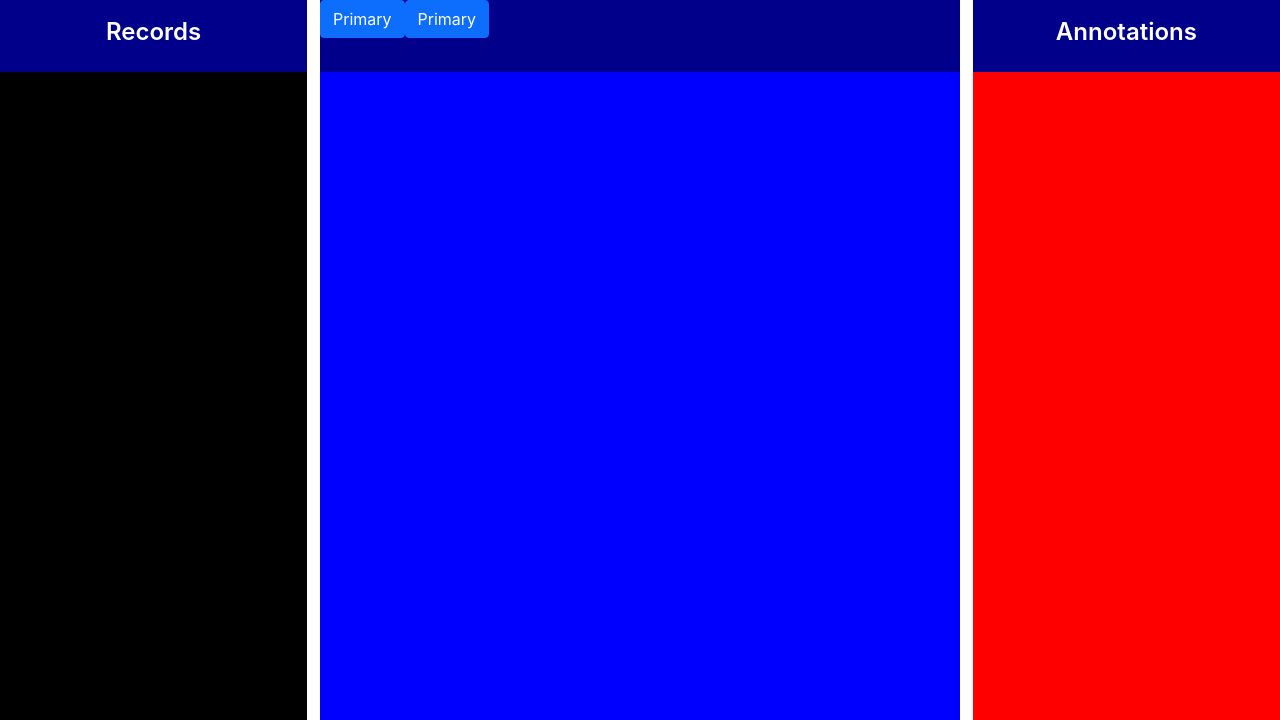
Repository: napan24/classforma_assignment
Page: / (app in client/)
The author's editor kept a copy of each file at every save. The page is drawn from the files as they stood at one save, then again after a run of saves.
The browser window is 1280 px wide. The pictures show the whole page.
The project was rebuilt for these pictures with package versions that can differ from the ones it lists, and the page was loaded fresh each time. Also part of the build but not shown: client/src/App.css.

Above is the page before, as saved 2022-07-19 17:00:16.

### client/public/index.html
<!DOCTYPE html>
<html lang="en">
  <head>
    <meta charset="utf-8" />
    <link rel="icon" href="%PUBLIC_URL%/favicon.ico" />
    <meta name="viewport" content="width=device-width, initial-scale=1" />
    <meta name="theme-color" content="#000000" />
    <meta
      name="description"
      content="Web site created using create-react-app"
    />
    <link href="https://cdn.jsdelivr.net/npm/bootstrap@5.1.3/dist/css/bootstrap.min.css" rel="stylesheet" integrity="sha384-1BmE4kWBq78iYhFldvKuhfTAU6auU8tT94WrHftjDbrCEXSU1oBoqyl2QvZ6jIW3" crossorigin="anonymous">
    <link rel="apple-touch-icon" href="%PUBLIC_URL%/logo192.png" />
    <!--
      manifest.json provides metadata used when your web app is installed on a
      user's mobile device or desktop. See https://developers.google.com/web/fundamentals/web-app-manifest/
    -->
    <link rel="manifest" href="%PUBLIC_URL%/manifest.json" />
    <!--
      Notice the use of %PUBLIC_URL% in the tags above.
      It will be replaced with the URL of the `public` folder during the build.
      Only files inside the `public` folder can be referenced from the HTML.

      Unlike "/favicon.ico" or "favicon.ico", "%PUBLIC_URL%/favicon.ico" will
      work correctly both with client-side routing and a non-root public URL.
      Learn how to configure a non-root public URL by running `npm run build`.
    -->
    <title>React App</title>
  </head>
  <body>
    <noscript>You need to enable JavaScript to run this app.</noscript>
    <div id="root"></div>
    <!--
      This HTML file is a template.
      If you open it directly in the browser, you will see an empty page.

      You can add webfonts, meta tags, or analytics to this file.
      The build step will place the bundled scripts into the <body> tag.

      To begin the development, run `npm start` or `yarn start`.
      To create a production bundle, use `npm run build` or `yarn build`.
    -->
    <script src="https://cdn.jsdelivr.net/npm/bootstrap@5.1.3/dist/js/bootstrap.bundle.min.js" integrity="sha384-ka7Sk0Gln4gmtz2MlQnikT1wXgYsOg+OMhuP+IlRH9sENBO0LRn5q+8nbTov4+1p" crossorigin="anonymous"></script>
  </body>
</html>

### client/src/App.js
import logo from './logo.svg';
import './App.css';
import Home from './Home';

function App() {
  return (
    <>
      <Home></Home>
    </>
  );
}

export default App;

### client/src/Home.js
import React from 'react'

const Home = () => {
    return (
        <>
            <div style={{ display: 'flex', width: "100vw", height: "100vh" }}>
                <div style={{ width: "24vw", height: "100vh", backgroundColor: "black", marginRight: "1vw" }}>
                    <div style={{ width: "24vw", height: "10vh", backgroundColor: "#00008b", textAlign: 'center', fontSize: '150%', color: "white", fontWeight: "600", position: "fixed" }}>
                        <p style={{ marginTop: "2vh" }}>
                            Records
                        </p>
                    </div>
                    <div>

                    </div>
                </div>
                <div style={{ width: "50vw", height: "100vh", backgroundColor: "blue", marginRight: "1vw" }}>
                    <div style={{ width: "50vw", height: "10vh", backgroundColor: "#00008b" }}>
                        <button type="button" class="btn btn-primary">Primary</button>
                        <button type="button" class="btn btn-primary">Primary</button>
                    </div>
                    <div>

                    </div>
                </div>
                <div style={{ width: "24vw", height: "100vh", backgroundColor: "red" }}>
                    <div style={{ width: "24vw", height: "10vh", backgroundColor: "#00008b", textAlign: 'center', fontSize: '150%', color: "white", fontWeight: "600", position: "fixed" }}>
                        <p style={{ marginTop: "2vh" }}>
                            Annotations
                        </p>
                    </div>
                    <div>

                    </div>
                </div>
            </div>
        </>
    )
}

export default Home

Loaded but not shown: client/src/index.js (common file); client/src/index.css (common file); client/src/reportWebVitals.js (common file)

After the next 2 saves:
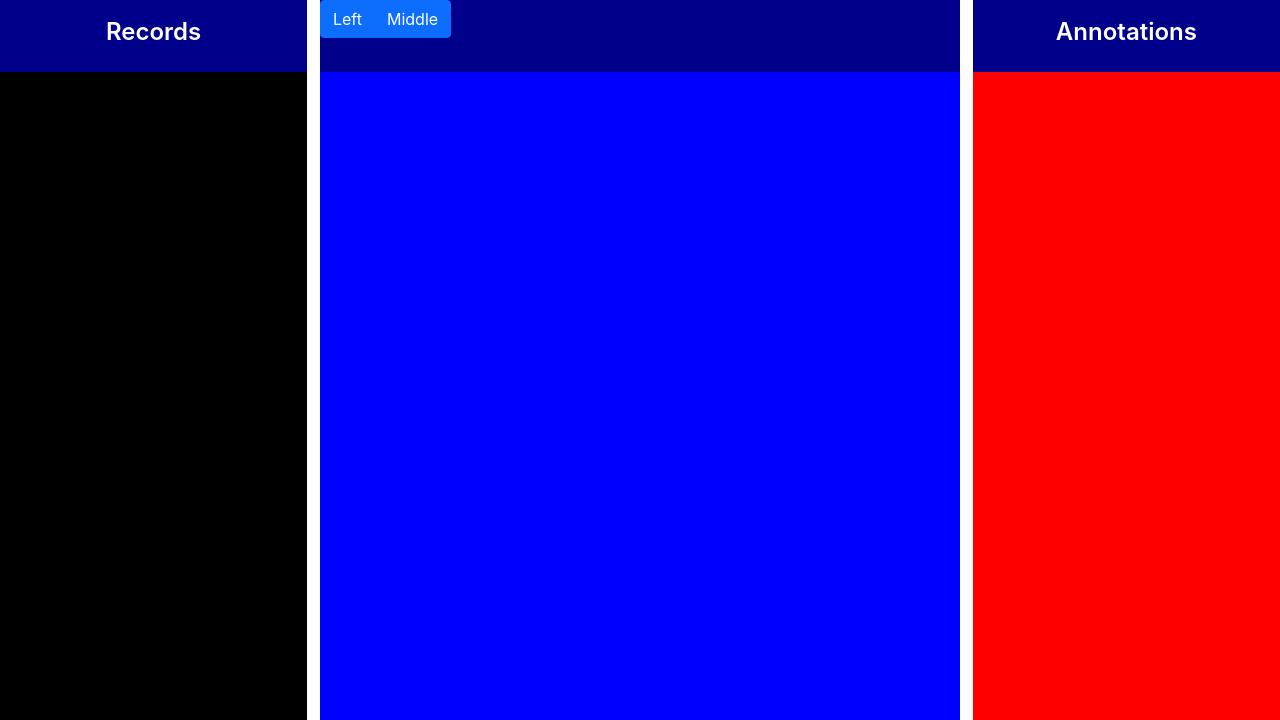
The 2 saves are shown as one change because they came seconds apart.
The last was saved 17 s later.
--- a/client/src/Home.js
+++ b/client/src/Home.js
@@ -16,8 +16,10 @@ const Home = () => {
                 </div>
                 <div style={{ width: "50vw", height: "100vh", backgroundColor: "blue", marginRight: "1vw" }}>
                     <div style={{ width: "50vw", height: "10vh", backgroundColor: "#00008b" }}>
-                        <button type="button" class="btn btn-primary">Primary</button>
-                        <button type="button" class="btn btn-primary">Primary</button>
+                        <div class="btn-group" role="group" aria-label="Basic example">
+                            <button type="button" class="btn btn-primary">Left</button>
+                            <button type="button" class="btn btn-primary">Middle</button>
+                        </div>
                     </div>
                     <div>
 
